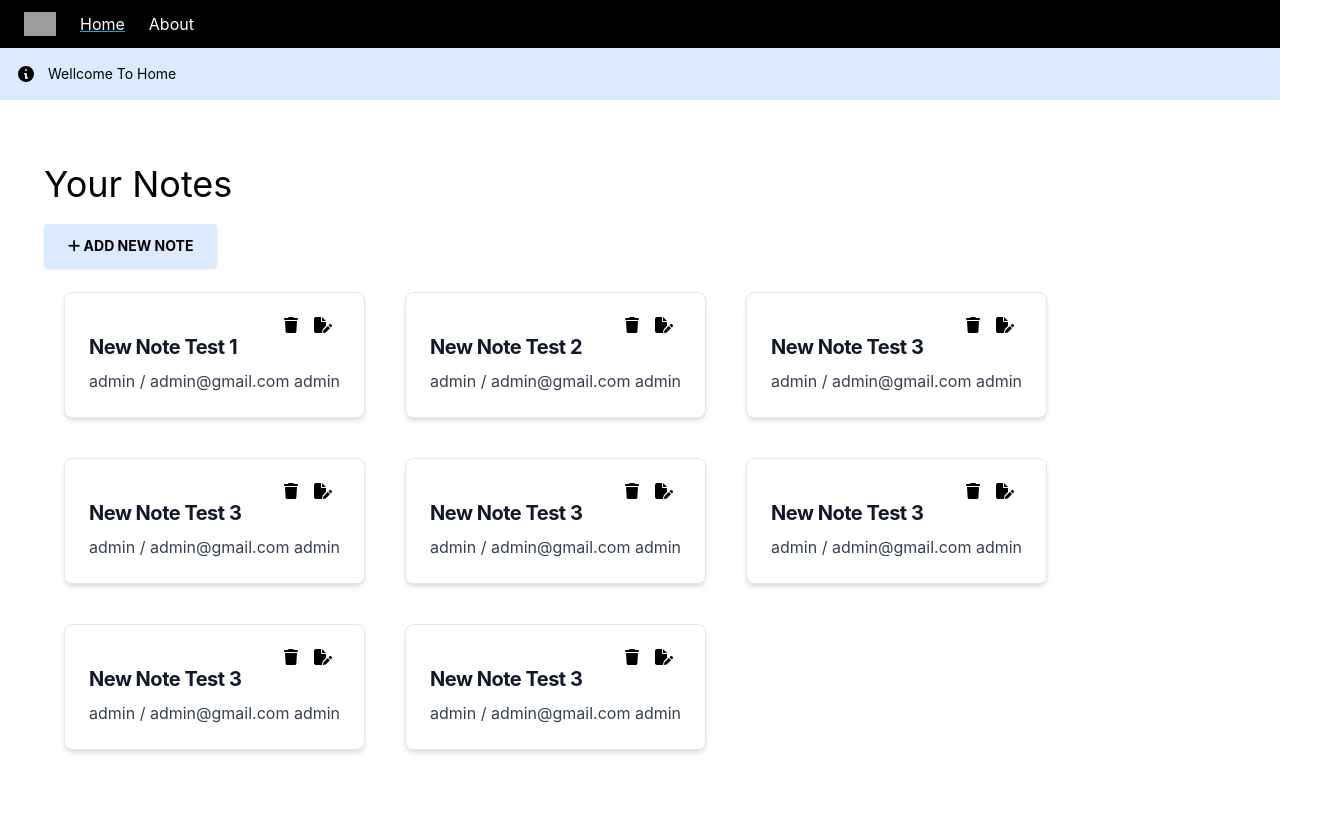
Repository: sonawaneteju4/iNote
Page: /
An editor plug-in stored every save of this project. The page is shown before and after a run of saves, followed by the edit.
The browser window is 1280 px wide. The page is 1324 px wide, so the pictures cover 1324 px, including what lies to the right of the window. The pictures show the whole page.
Pictures or frames that could not be fetched are drawn as grey boxes. Some web libraries are served in a nearby version. The project was rebuilt for these pictures with package versions that can differ from the ones it lists, and the page was loaded fresh each time. Also part of the build but not shown: src/components/AddNote.js, src/components/About.js.

Above is the page before, as saved 2022-10-11 10:52:44.

After the next 2 saves:
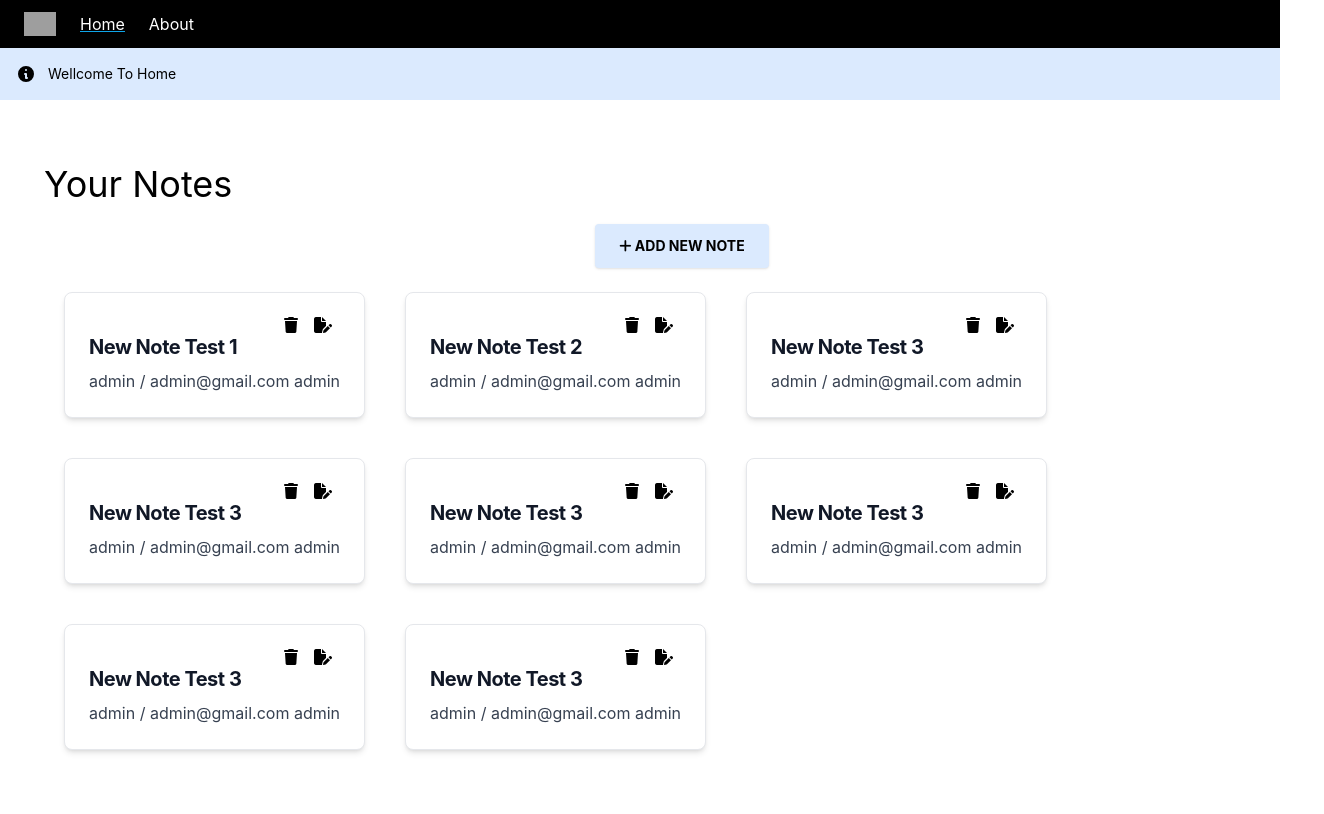
The 2 saves are shown as one change because they came seconds apart.
The last was saved 18 s later.
--- a/src/components/Notes.js
+++ b/src/components/Notes.js
@@ -11,7 +11,7 @@ const Notes = () => {
   return (
     <div>
       <h1 className='py-5 text-4xl'>Your Notes</h1>
-<div className='flex flex-row'>
+<div className='flex flex-row justify-center'>
 
       <button
         className="bg-blue-100 text-black active:bg-pink-600 font-bold uppercase text-sm px-6 py-3 rounded shadow hover:shadow-lg outline-none focus:outline-none mr-1 mb-1 ease-linear transition-all duration-150"
